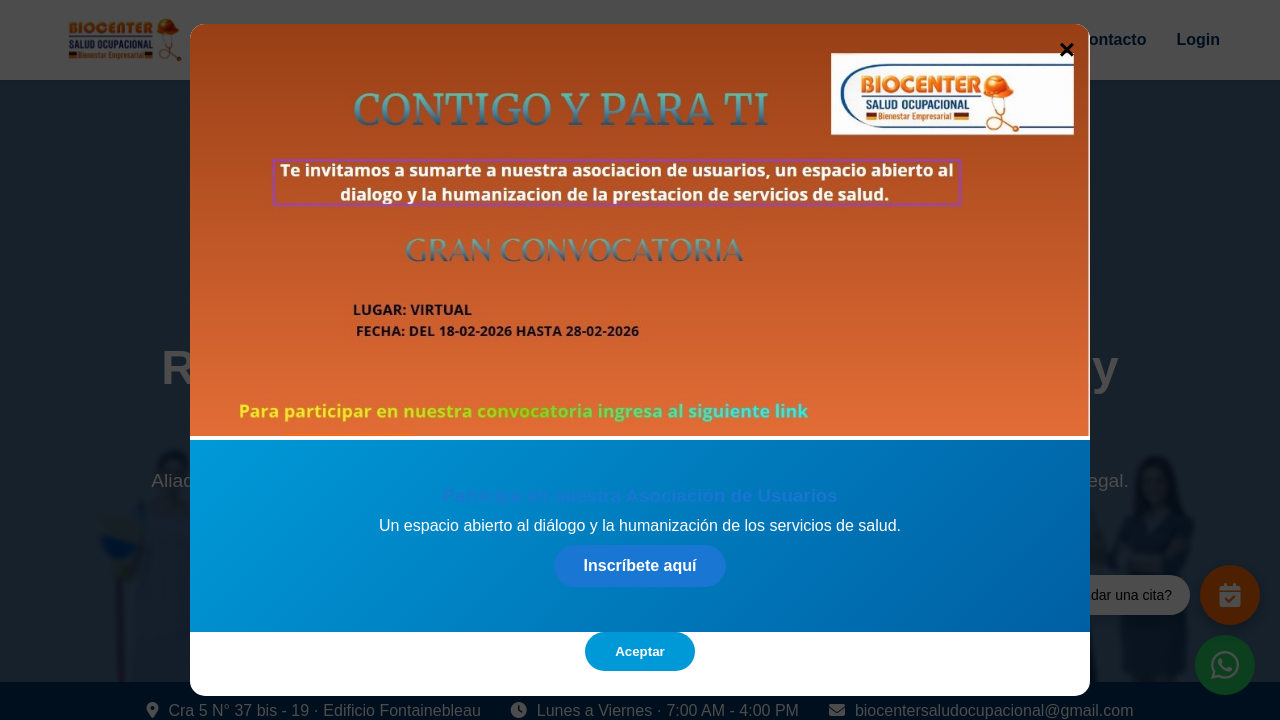
Repository: Miguelperdomo/Biocenter
Page: index.html
These files come from the project's save history. The page is drawn as it stood at one moment and after the next save; the edit follows.
The browser window is 1280 px wide. The pictures show the window.
A layer covers the whole window, so only the first screen is drawn.

Above is the page before, as saved 2026-02-19 14:15:02.

### index.html
<!DOCTYPE html>
<html lang="es">
<head>
    <meta charset="UTF-8">
    <meta name="viewport" content="width=device-width, initial-scale=1.0">
    <link rel="icon" href="imagenes/logo-biocenter.png" type="image/png">
    <title>Biocenter Salud Ocupacional | Bienestar Empresarial</title>
    <meta name="description" content="Especialistas en salud ocupacional y bienestar integral en el Tolima.">
    <link rel="stylesheet" href="diseno/style.css">
    <link rel="stylesheet"
          href="https://cdnjs.cloudflare.com/ajax/libs/font-awesome/6.5.1/css/all.min.css">
</head>

<!-- ================= INCIO DEL PQR  ================= -->
<div class="pqr-modal" id="pqrModal">
  <div class="pqr-box">

    <button class="pqr-close" id="closePqr">&times;</button>

    <h2>PQR y Calificaciones</h2>
    <p class="pqr-sub">
      Tu opinión es muy importante para nosotros 💙
    </p>

    <form action="PHP/enviar_pqr.php" method="POST">

      <div class="pqr-group">
        <label>Nombre completo</label>
        <input type="text" name="nombre" required>
      </div>

      <div class="pqr-group">
        <label>Correo electrónico</label>
        <input type="email" name="correo" required>
      </div>

      <div class="pqr-group">
        <label>Tipo de solicitud</label>
        <select name="tipo" required>
          <option value="">Selecciona una opción</option>
          <option>Petición</option>
          <option>Queja</option>
          <option>Reclamo</option>
          <option>Felicitación</option>
        </select>
      </div>

      <div class="pqr-group">
        <label>Mensaje</label>
        <textarea rows="4" name="mensaje" required></textarea>
      </div>

      <div class="pqr-rating">
        <span>Calificación</span>

        <div class="rating-stars">
            <input type="radio" name="rating" id="star5" value="5" required>
            <label for="star5">★</label>

            <input type="radio" name="rating" id="star4" value="4">
            <label for="star4">★</label>

            <input type="radio" name="rating" id="star3" value="3">
            <label for="star3">★</label>

            <input type="radio" name="rating" id="star2" value="2">
            <label for="star2">★</label>

            <input type="radio" name="rating" id="star1" value="1">
            <label for="star1">★</label>
        </div>
        </div>


      <button class="pqr-btn">
        <i class="fa-solid fa-paper-plane"></i> Enviar PQR
      </button>

    </form>
  </div>
</div>

        <div class="modal-overlay" id="modalConfirm">
            <div class="modal-box">
                <h3 id="modalTitle"></h3>
                    <p id="modalMsg"></p>
                        <button class="btn-primary" id="closeModal">Aceptar</button>
            </div>
        </div>



<body>


<!-- ================= FIN DEL PQR  ================= -->


<!-- ================= INCIO DEL HEADER ================= -->
<header class="menu-desplegable">
    <nav class="container">
        <div class="logo">
            <a href="index.html">
                <img src="imagenes/logo-biocenter.png" alt="Logo Biocenter">
            </a>
        </div>

        <ul class="nav-menu">
            <li><a href="index.html" class="active">Inicio</a></li>
            <li><a href="nosotros.html">Nuestra Empresa</a></li>
            <li><a href="derechos_deberes.html">Derechos y Deberes</a></li>
            <li><a href="capacitaciones.html">Capacitaciones</a></li>
            <li><a href="servicios.html">Nuestros Servicios</a></li>
            <li><a href="contacto.html">Contacto</a></li>
            <li><a href="login.php" class="btn-login">Login</a></li>
        </ul>

        <div class="nav-toggle">
            <i class="fas fa-bars"></i>
        </div>
    </nav>
</header>
<!-- ================= FIN DEL HEADER ================= -->


<!-- ================= INCIO DEL CUYERPO DE LA PAGINA  ================= -->
<section class="hero">
    <div class="hero-content container">
        <h1>Respaldo Integral en Salud Ocupacional y Bienestar Empresarial</h1>
        <p>
            Aliados estratégicos en el Tolima para la protección de sus trabajadores
            y el cumplimiento de la normatividad legal.
        </p>

        <div class="hero-buttons">
            <a href="https://wa.me/573176577620" class="btn btn-primary">Agendar Cita</a>
            <a href="contacto.html" class="btn btn-secondary">Conocer más</a>
        </div>
    </div>
</section>


<!-- ================= INFO BAR ================= -->
<section class="info-bar">
    <div class="info-container">
        <div class="info-item">
            <i class="fas fa-map-marker-alt"></i>
            <span>Cra 5 N° 37 bis - 19 · Edificio Fontainebleau</span>
        </div>

        <div class="info-item">
            <i class="fas fa-clock"></i>
            <span>Lunes a Viernes · 7:00 AM - 4:00 PM</span>
        </div>

        <div class="info-item">
            <i class="fas fa-envelope"></i>
            <span>biocentersaludocupacional@gmail.com</span>
        </div>
    </div>
</section>



<!-- ================= FIN DEL CUYERPO DE LA PAGINA  ================= -->

<!-- ================= MODAL CONVOCATORIA ================= -->
<div class="modal-convocatoria" id="modalConvocatoria">
  <div class="modal-contenido">

    <span class="cerrar-modal" id="cerrarConvocatoria">&times;</span>

    <img src="imagenes/convocatoria.jpg" class="img-convocatoria">

    <!-- Bloque asociación -->
    <div class="convocatoria-cta">
        <h3>Participa en nuestra Asociación de Usuarios</h3>
        <p>Un espacio abierto al diálogo y la humanización de los servicios de salud.</p>

        <a href="https://forms.gle/hYDoXNJNnH45BoCH9" target="_blank" class="btn-convocatoria">
            Inscríbete aquí
        </a>
    </div>

    <button class="btn-aceptar" id="aceptarConvocatoria">Aceptar</button>

  </div>
</div>



<!-- ================= INCIIO FOOTER ================= -->
<footer class="footer">
    <div class="footer-container">

        <div class="footer-col">
            <img src="imagenes/logo-biocenter.png" alt="Biocenter">
            <p>Líderes en salud ocupacional al 2026</p>
        </div>


        <div class="enlaces">
            <h4>Enlaces</h4>
            <a href="index.html">Inicio</a>
            <a href="nosotros.html">Nosotros</a>
            <a href="contacto.html">Contacto</a>
            <a href="servicios.html">Servicios</a>
        </div>

        <div>
            <h4>Contacto</h4>
            <p><a href="https://maps.app.goo.gl/pr1ibKEtwjQL5PTQ7" target="_blank" class="footer-link"><i class="fas fa-map-marker-alt"></i> Ibagué, Tolima</a></p>
            <p><a href="mailto:biocentersaludocupacional@gmail.com" class="footer-link"> <i class="fa-solid fa-envelope-circle-check"></i> biocentersaludocupacional@gmail.com </a></p>
            <p><i class="fab fa-whatsapp"></i> 317 657 7620</p>

            <!-- PQR Link -->
            <a href="#" id="openPqr" class="pqr-link">
                <i class="fa-solid fa-comments"></i> PQR / Calificaciones
            </a>
        </div>
    </div>
    <div class="footer-copy">
        © <span id="year"></span> Biocenter Salud Ocupacional · Todos los derechos reservados
    </div>
</footer>

<!-- ================= WHATSAPP ================= -->
<a href="https://wa.me/573176577620" class="whatsapp-float" target="_blank">
    <i class="fab fa-whatsapp"></i>
</a>

<!-- Botón flotante de agendar cita -->
<div class="contenedor-cita">

    <div class="mensaje-cita" id="mensajeCita">
        ¿Quieres agendar una cita?
    </div>

    <a href="formulario.php" class="btn-cita">
        <i class="fa-solid fa-calendar-check"></i>
    </a>

</div>


<!-- ================= FIN ================= -->

<!-- ================= FIN FOOTER ================= -->
<script>
  document.getElementById("year").textContent = new Date().getFullYear();
</script>


<script src="JS/main.js"></script>
<script>
window.addEventListener("load", function() {
    const mensaje = document.getElementById("mensajeCita");

    setTimeout(() => {
        mensaje.classList.add("mostrar");
    }, 1000);

    setTimeout(() => {
        mensaje.classList.remove("mostrar");
    }, 9000);
});
</script>


<script>
window.addEventListener("load", function() {
    const modal = document.getElementById("modalConvocatoria");
    const cerrar = document.getElementById("cerrarConvocatoria");
    const aceptar = document.getElementById("aceptarConvocatoria");

    modal.style.display = "flex";

    cerrar.onclick = () => modal.style.display = "none";
    aceptar.onclick = () => modal.style.display = "none";
});
</script>


</body>
</html>

Loaded but not shown: JS/main.js (129 lines, source omitted); diseno/style.css (2137 lines, source omitted)

After the next save:
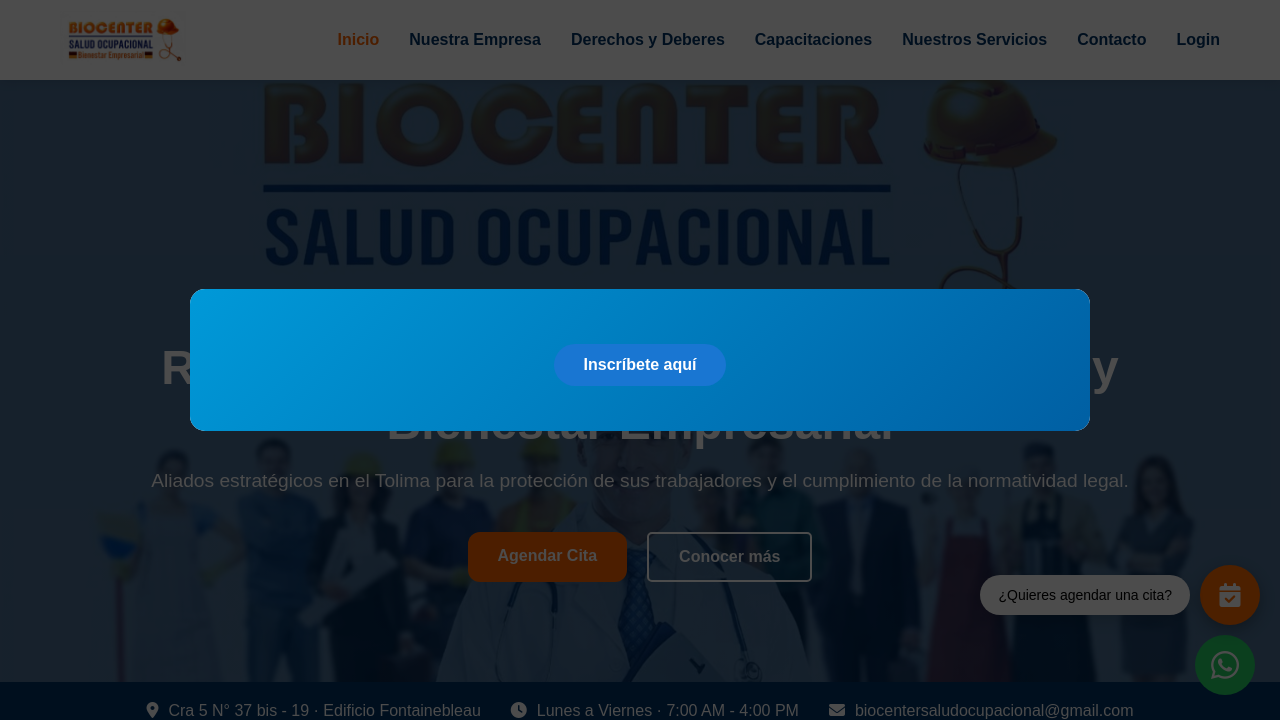
Console error: TypeError: Cannot set properties of null (setting 'onclick')
Saved 7 min 42 s later.
--- a/index.html
+++ b/index.html
@@ -170,22 +170,16 @@
 
     <span class="cerrar-modal" id="cerrarConvocatoria">&times;</span>
 
-    <img src="imagenes/convocatoria.jpg" class="img-convocatoria">
-
-    <!-- Bloque asociación -->
+    <!-- Bloque solo con el botón -->
     <div class="convocatoria-cta">
-        <h3>Participa en nuestra Asociación de Usuarios</h3>
-        <p>Un espacio abierto al diálogo y la humanización de los servicios de salud.</p>
-
         <a href="https://forms.gle/hYDoXNJNnH45BoCH9" target="_blank" class="btn-convocatoria">
             Inscríbete aquí
         </a>
     </div>
 
-    <button class="btn-aceptar" id="aceptarConvocatoria">Aceptar</button>
-
   </div>
 </div>
+
 
 
 

After the save that followed:
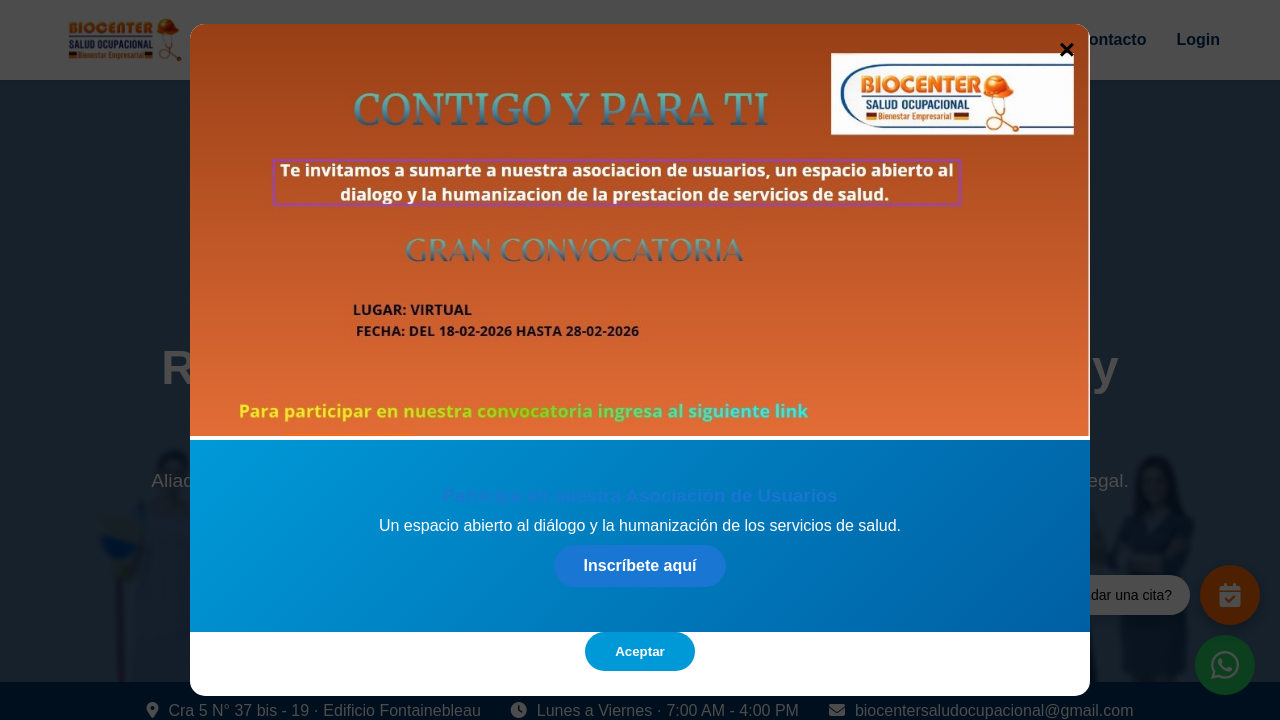
The error is gone.
Saved 47 s later.
--- a/index.html
+++ b/index.html
@@ -170,16 +170,22 @@
 
     <span class="cerrar-modal" id="cerrarConvocatoria">&times;</span>
 
-    <!-- Bloque solo con el botón -->
+    <img src="imagenes/convocatoria.jpg" class="img-convocatoria">
+
+    <!-- Bloque asociación -->
     <div class="convocatoria-cta">
+        <h3>Participa en nuestra Asociación de Usuarios</h3>
+        <p>Un espacio abierto al diálogo y la humanización de los servicios de salud.</p>
+
         <a href="https://forms.gle/hYDoXNJNnH45BoCH9" target="_blank" class="btn-convocatoria">
             Inscríbete aquí
         </a>
     </div>
 
+    <button class="btn-aceptar" id="aceptarConvocatoria">Aceptar</button>
+
   </div>
 </div>
-
 
 
 
